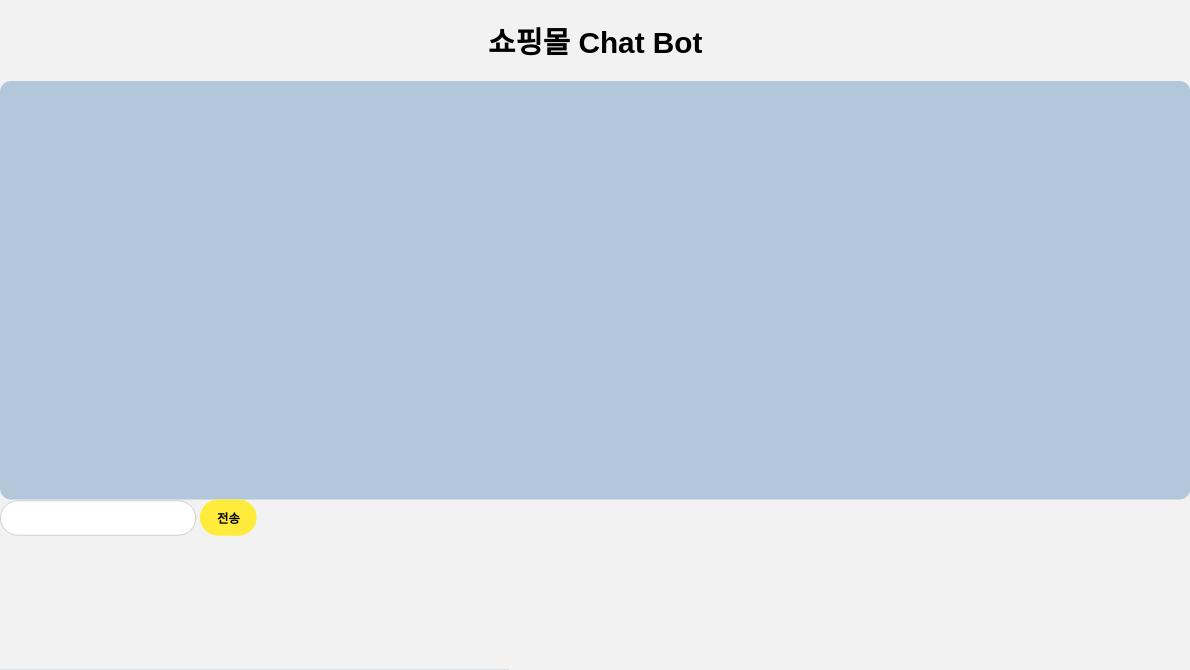
Repository: snowballnote/springai
Page: openai0113/src/main/resources/static/chat.html
An editor plug-in stored every save of this project. The page is shown before and after the next save, followed by the edit.
The browser window is 1280 px wide. The pictures show the whole page, at 93% of full size.

Above is the page before, as saved 2026-01-14 05:32:32.

After the next save:
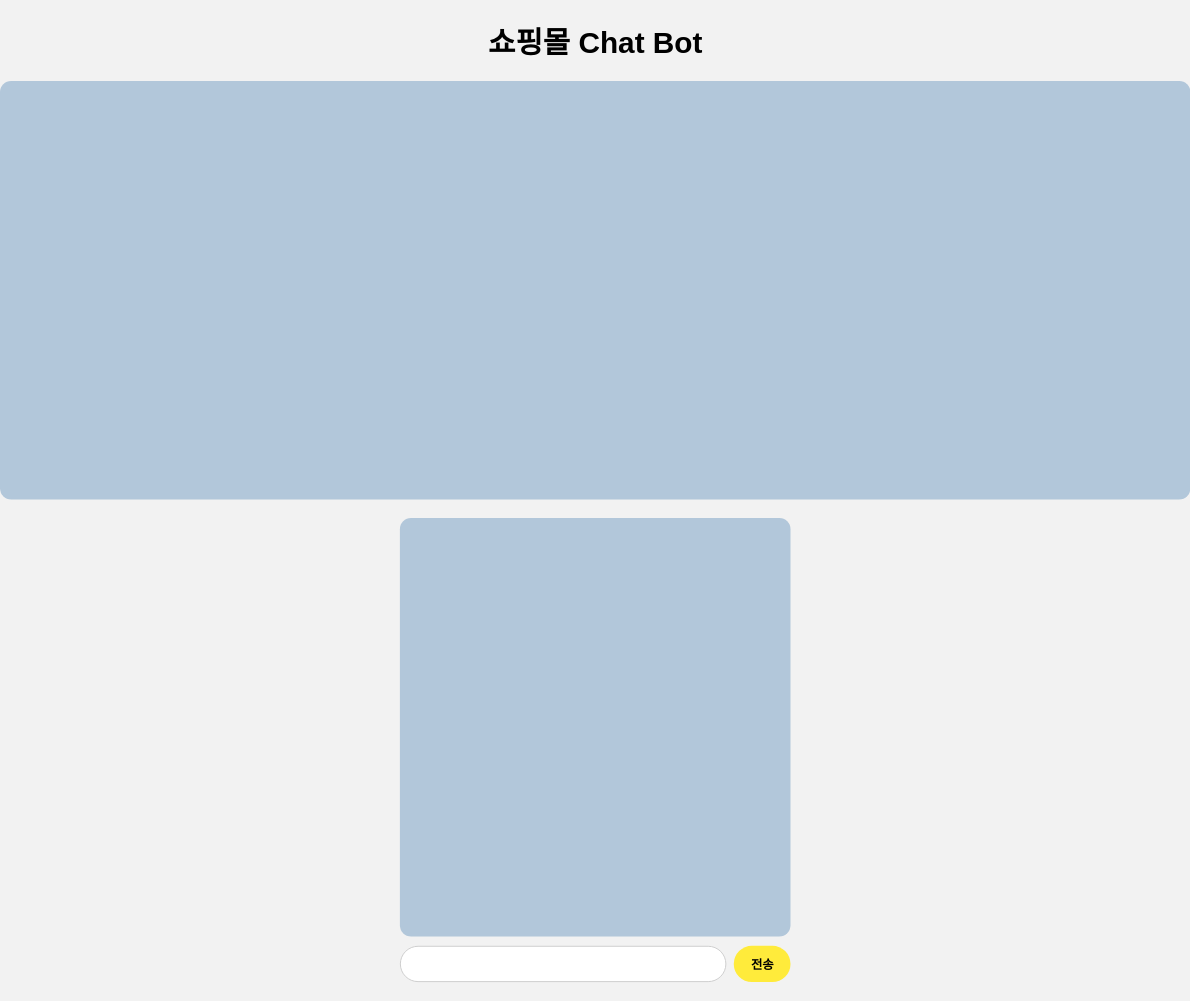
Saved 31 s later.
--- a/openai0113/src/main/resources/static/chat.html
+++ b/openai0113/src/main/resources/static/chat.html
@@ -85,7 +85,6 @@
     }
 </style>
 
-
 </head>
 <body>
 	<h1>쇼핑몰 Chat Bot</h1>
@@ -93,8 +92,15 @@
 	<!-- 챗팅 메세지 누적 -->
 	<div id="chatBox"></div>
 
-	<input type="text" id="userMessage">
-	<button type="button" id="sendBtn">전송</button>
+	<div class="chat-wrapper">
+    <div id="chatBox"></div>
+
+    <div class="input-area">
+        <input type="text" id="userMessage">
+        <button type="button" id="sendBtn">전송</button>
+    </div>
+</div>
+
 
 	<script>
 		$("#sendBtn").click(function() {
